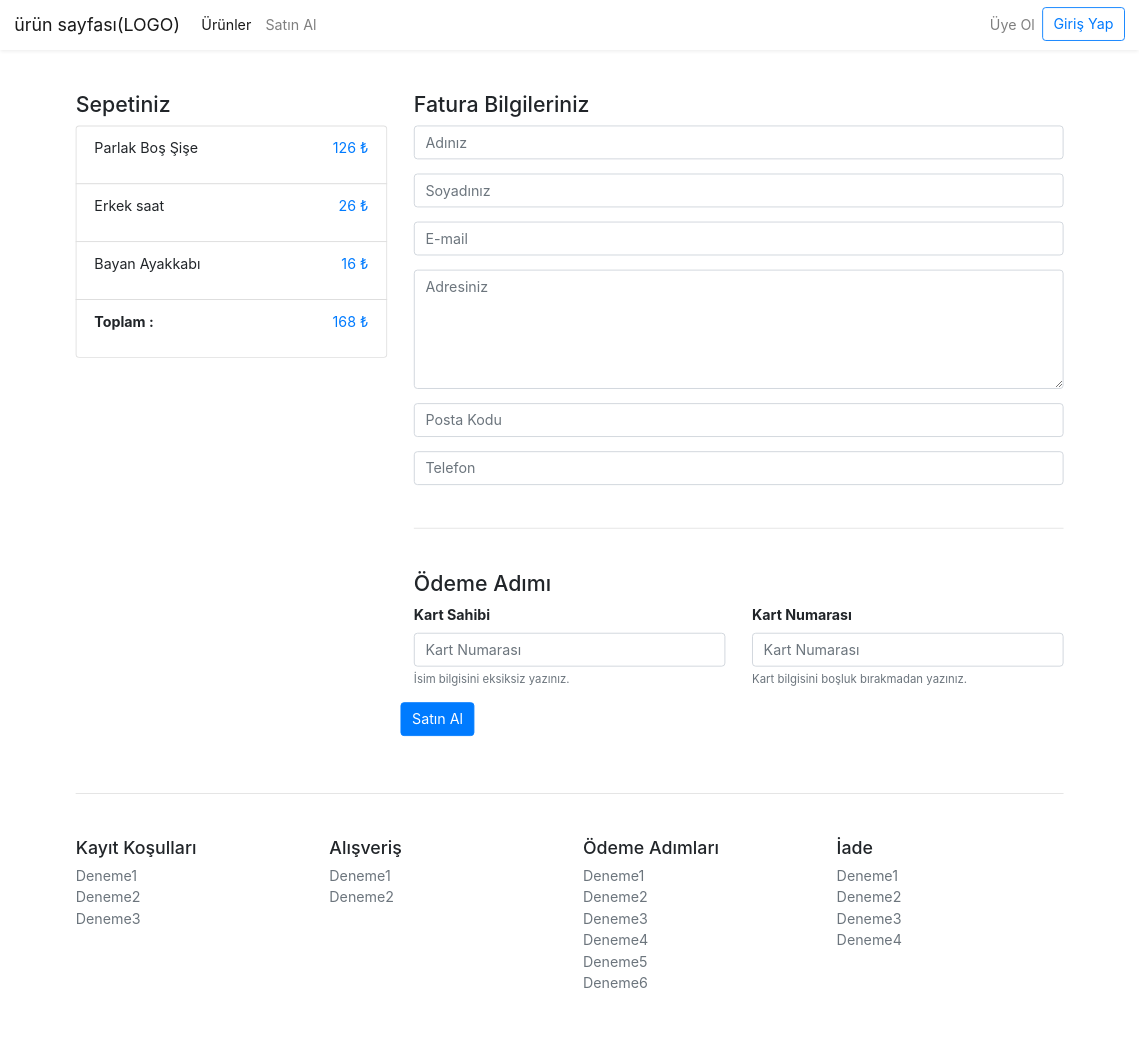
Repository: NergisAktug/E-Commerce-PythonWithFlask-Sqlite3
Page: templates/ödeme.html
The author's editor kept a copy of each file at every save. The page is drawn from the files as they stood at one save, then again after the next save.
The browser window is 1280 px wide. The pictures show the whole page, at 89% of full size.

Above is the page before, as saved 2018-11-24 01:02:26.

After the next save:
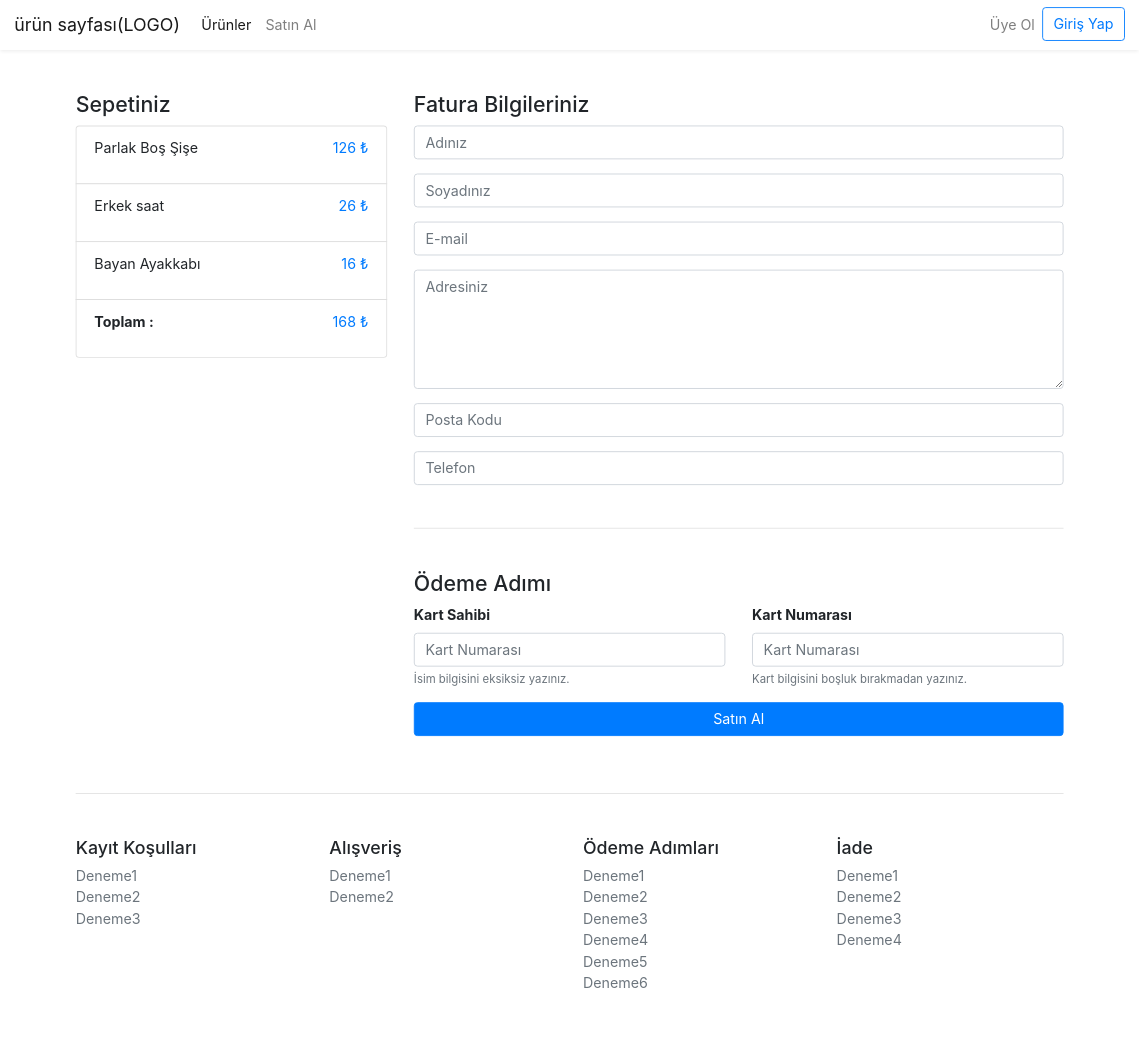
Saved 49 s later.
--- a/templates/ödeme.html
+++ b/templates/ödeme.html
@@ -101,11 +101,10 @@
                         <small class="text-muted">Kart bilgisini boşluk bırakmadan yazınız.</small>
                   </div>
                     </div>
-                    <div class="form-group">
-                            <button type="submit" class="btn btn-primary btn-block" required>Satın Al</button>
-                         </div>
                    </div>
-
+                   <div class="form-group">
+                        <button type="submit" class="btn btn-primary btn-block" required>Satın Al</button>
+                     </div>
                </form>
         </div>
 
